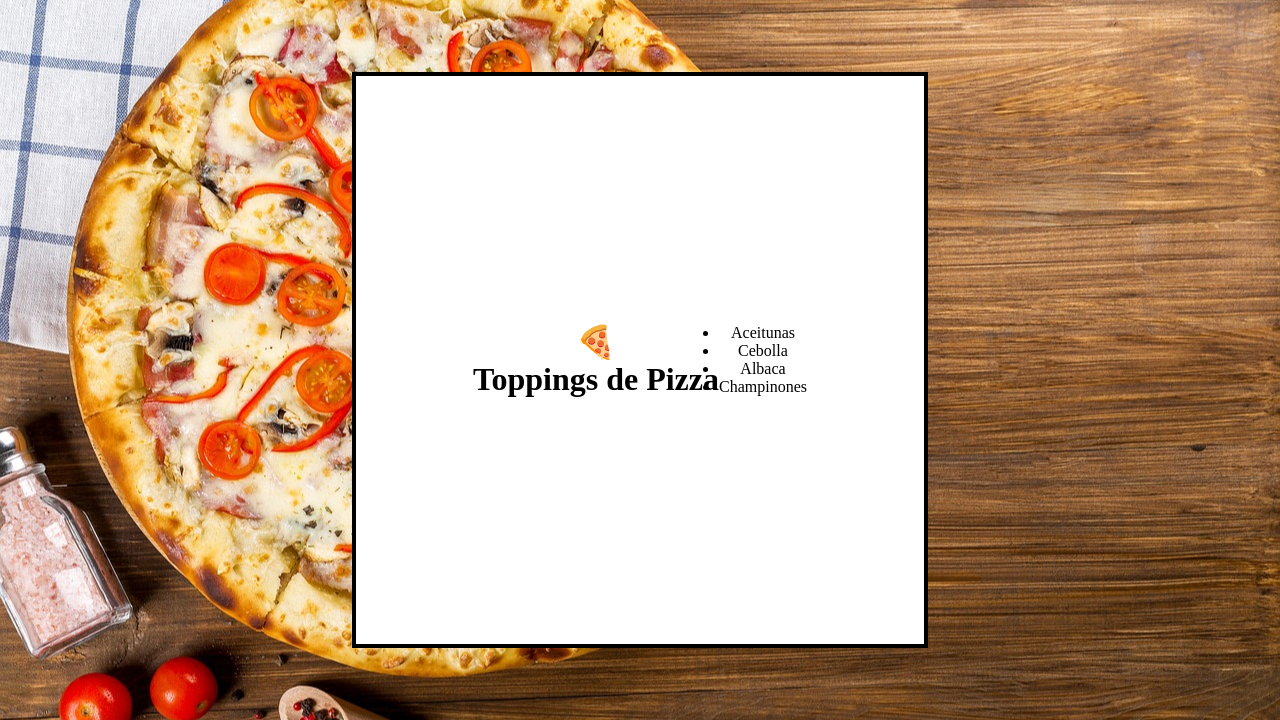
Repository: JoyMoGas/javascript-learn
Page: toppings-de-pizza/index.html
These files come from the project's save history. The page is drawn as it stood at one moment and after the next save; the edit follows.
The browser window is 1280 px wide. The pictures show the whole page.

Above is the page before, as saved 2024-05-07 16:23:40.

### toppings-de-pizza/index.html
<!DOCTYPE html>
<html lang="en">
  <head>
    <meta charset="UTF-8" />
    <meta name="viewport" content="width=device-width, initial-scale=1.0" />
    <link rel="stylesheet" href="styles.css">
    <title>Mis Toppings</title>
  </head>
  <body>
    <div id="contenedor">
      <h1 id="titulo">🍕 <br> Toppings de Pizza</h1>
      <ul id="lista-toppings">
        <li class="topping fondo-marron" id="aceitunas">Aceitunas</li>
        <li class="topping fondo-naranja">Cebolla</li>
        <li class="topping fondo-marron" id="albaca">Albaca</li>
        <li class="topping fondo-naranja">Champinones</li>
      </ul>
    </div>

  </body>
</html>

### toppings-de-pizza/styles.css
/* Estilos generales */

* {
  margin: 0;
  padding: 0;
  box-sizing: border-box;
  font-display: 'Lato', sans-sherif;
}

body {
  display: flex;
  justify-content: center;
  align-items: center;
  height: 100vh;
  text-align: center;
  background: url(imagenes/pizza.jpg) no-repeat center/cover;
}

/* Contenido */

#contenedor {
  display: flex;
  flex-wrap: wrap;
  justify-content: center;
  align-items: center;
  min-height: 80vh;
  width: 80vh;
  max-width: 600px;
  background-color: white;
  border: 4px solid black;
}

After the next save:
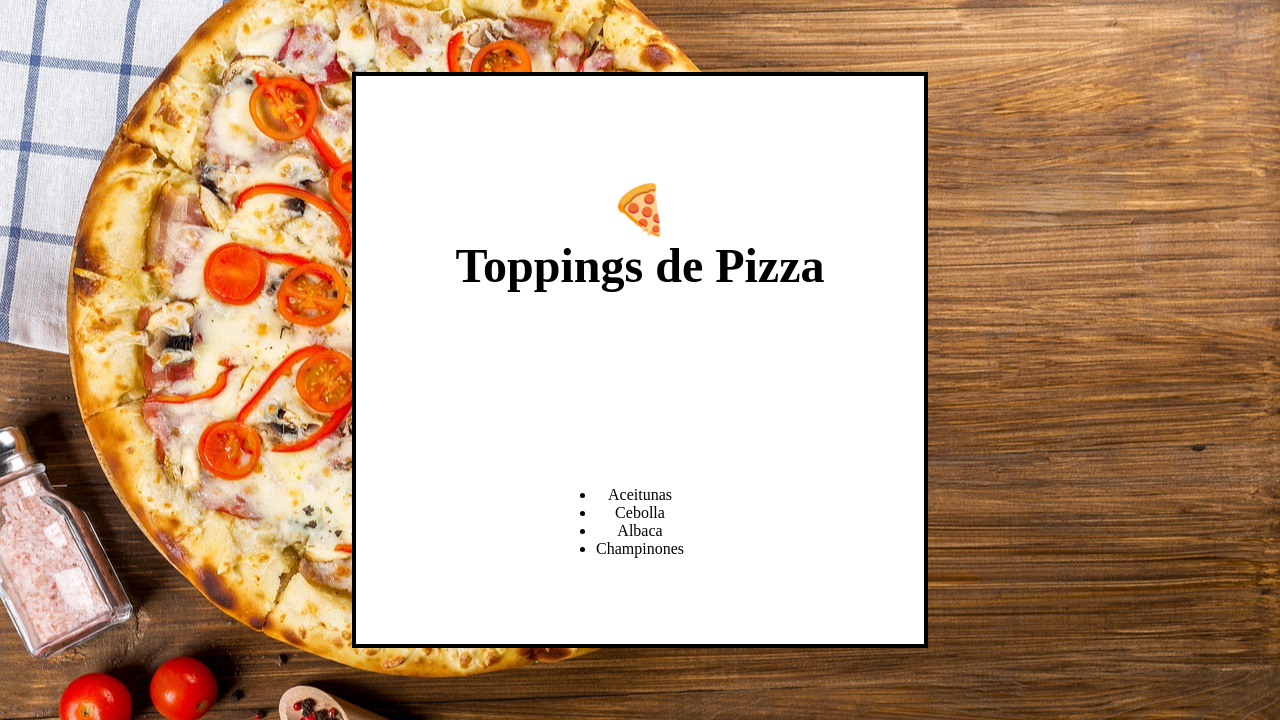
Saved 36 s later.
--- a/toppings-de-pizza/styles.css
+++ b/toppings-de-pizza/styles.css
@@ -29,3 +29,9 @@
   background-color: white;
   border: 4px solid black;
 }
+
+h1 {
+  font-size: 3rem;
+  width: 100%;
+  margin: 20px 10px;
+}
